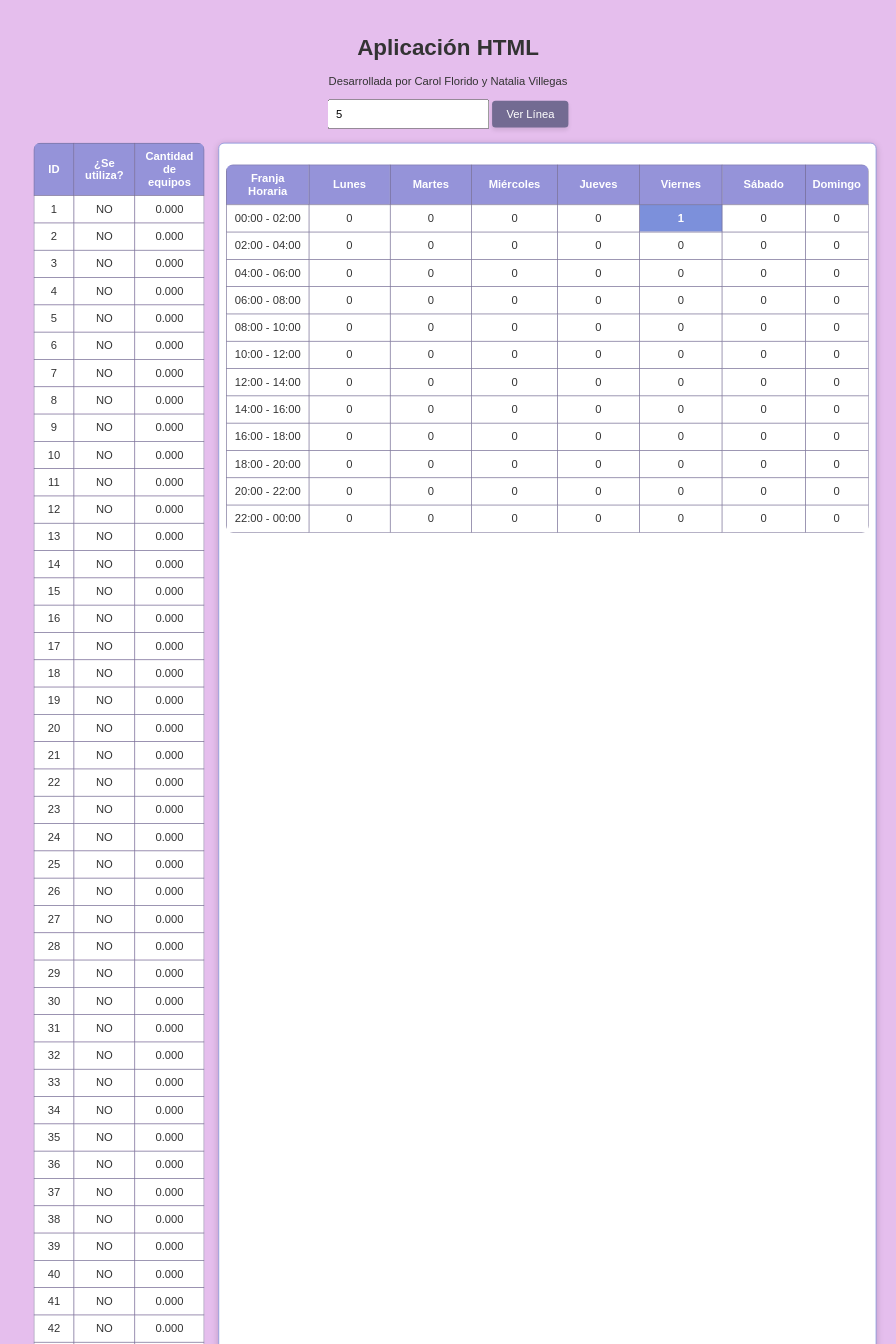
Repository: cflorido/Front_T3
Page: index.html
These files come from the project's save history. The page is drawn as it stood at one moment and after the next save; the edit follows.
The browser window is 1280 px wide. The pictures show the part of the page from y = 0 to 1920 px (the page is 6969 px tall), at 70% of full size.
Empty fields were first filled with sample values (such as "Sample", 5 or name@example.com).
After loading, the first visible `button` was clicked once.

Above is the page before, as saved 2024-10-22 22:33:30.

### index.html
<!DOCTYPE html>
<html lang="es">
<head>
    <meta charset="UTF-8">
    <meta name="viewport" content="width=device-width, initial-scale=1.0">
    <title>Aplicación Visualización de Datos</title>
    <style>
        body {
            font-family: Arial, sans-serif;
            background-color: #E5BEED;
            color: #333;
            text-align: center;
            padding: 20px;
        }
        .container {
            display: flex;
            justify-content: space-between;
        }
        button {
            padding: 10px 20px;
            font-size: 16px;
            cursor: pointer;
            background-color: #736B92;
            color: white;
            border: none;
            border-radius: 5px;
            transition: background-color 0.3s;
            box-shadow: 0 4px 6px rgba(0, 0, 0, 0.1);
        }
        button:hover {
            background-color: #7D5C65;
        }
        #tablaEquipos {
            width: 20%; /* 20% del ancho de la pantalla */
            border-collapse: collapse;
            text-align: left;
        }
        #tablaEquipos th, #tablaEquipos td {
            border: 1px solid #736B92;
            padding: 10px;
        }
        #tablaEquipos th {
            background-color: #9593D9;
            color: white;
        }
        #tablaEquipos td {
            background-color: #fff;
        }
        #contenido {
            width: 75%; /* 75% del ancho de la pantalla */
            margin-top: 20px;
            padding: 10px;
            border: 1px solid #7C90DB;
            background-color: #fff;
            border-radius: 8px;
            box-shadow: 0 2px 10px rgba(0, 0, 0, 0.2);
            display: none;
        }
        table {
            margin: 20px auto;
            border-collapse: collapse;
            width: 100%;
            border-radius: 10px;
            overflow: hidden;
        }
        th, td {
            border: 1px solid #736B92;
            padding: 10px;
            text-align: center;
            width: 14.28%;
        }
        th {
            background-color: #9593D9;
            color: white;
            font-weight: bold;
        }
        td {
            background-color: #ffffff;
            transition: background-color 0.3s;
        }
        td.utilizado {
            background-color: #7C90DB;
            color: #ffffff;
            font-weight: bold;
        }
        .footer {
            margin-top: 20px;
            font-size: 14px;
            color: #736B92;
        }
    </style>
</head>
<body>
    <h1>Aplicación HTML</h1>
    <p>Desarrollada por Carol Florido y Natalia Villegas</p>

    <input type="number" id="numeroLinea" placeholder="Número de línea" min="1" style="padding: 10px; font-size: 16px;">
    <button onclick="cargarLinea()">Ver Línea</button>

    <div class="container">
        <!-- Tabla de equipos en el lado izquierdo -->
        <table id="tablaEquipos">
            <thead>
                <tr>
                    <th>ID</th>
                    <th>¿Se utiliza?</th>
                    <th>Cantidad de equipos</th>
                </tr>
            </thead>
            <tbody></tbody>
        </table>

        <!-- Contenedor de la tabla de horarios -->
        <div id="contenido"></div>
    </div>

    <div class="footer">
        <p>&copy; 2024 Visualización de resultados tarea 3 Optimización Avanzada. Todos los derechos reservados.</p>
    </div>

    <script>
        let lineas = []; // Array para almacenar las líneas del archivo
        let equipos = []; // Array para almacenar la cantidad de equipos

        // Función para cargar el contenido de los archivos
        function cargarContenido() {
            fetch('data.txt')
                .then(response => {
                    if (!response.ok) {
                        throw new Error('Error al cargar el archivo: ' + response.statusText);
                    }
                    return response.text();
                })
                .then(data => {
                    lineas = data.split('\n');
                })
                .catch(error => {
                    console.error(error);
                    alert('No se pudo cargar el contenido.');
                });

            // Cargar el contenido del archivo de equipos
            fetch('equipos.txt')
                .then(response => {
                    if (!response.ok) {
                        throw new Error('Error al cargar el archivo de equipos: ' + response.statusText);
                    }
                    return response.text();
                })
                .then(data => {
                    equipos = data.split('\n').map(line => {
                        const [numero, cantidad] = line.split(',').map(Number);
                        return { numero, cantidad: parseFloat(cantidad).toFixed(3) }; // Redondear a 3 decimales
                    });
                    mostrarEquipos(); // Mostrar la tabla de equipos
                })
                .catch(error => {
                    console.error(error);
                    alert('No se pudo cargar el contenido de equipos.');
                });
        }

        // Función para mostrar la tabla de equipos
        function mostrarEquipos() {
            const tablaEquiposBody = document.querySelector('#tablaEquipos tbody');
            tablaEquiposBody.innerHTML = ''; // Limpiar el contenido previo

            equipos.forEach(equipo => {
                const fila = document.createElement('tr');
                const celdaId = document.createElement('td');
                const celdaUtiliza = document.createElement('td');
                const celdaCantidad = document.createElement('td');

                celdaId.textContent = equipo.numero;
                celdaUtiliza.textContent = equipo.cantidad > 0 ? 'SI' : 'NO';
                celdaCantidad.textContent = equipo.cantidad;

                fila.appendChild(celdaId);
                fila.appendChild(celdaUtiliza);
                fila.appendChild(celdaCantidad);

                tablaEquiposBody.appendChild(fila);
            });
        }

        // Función para mostrar la línea seleccionada
        function cargarLinea() {
            const numeroLinea = document.getElementById("numeroLinea").value;
            const contenidoDiv = document.getElementById("contenido");

            // Verificar si el número de línea es válido
            if (numeroLinea > 0 && numeroLinea <= lineas.length) {
                const horario = JSON.parse("[" + lineas[numeroLinea - 1] + "]"); // Parsear la línea como JSON con corchetes
                mostrarHorario(horario); // Mostrar el horario en forma de tabla
                contenidoDiv.style.display = 'block'; // Muestra el div
            } else {
                alert('Número de línea no válido. Intenta de nuevo.');
            }
        }

        // Función para mostrar el horario en una tabla
        function mostrarHorario(horario) {
            const contenidoDiv = document.getElementById("contenido");
            contenidoDiv.innerHTML = ''; // Limpiar el contenido previo

            // Crear la tabla
            const tabla = document.createElement('table');
            const thead = document.createElement('thead');
            const tbody = document.createElement('tbody');

            // Crear encabezado de la tabla
            const encabezado = document.createElement('tr');
            const dias = ['Franja Horaria', 'Lunes', 'Martes', 'Miércoles', 'Jueves', 'Viernes', 'Sábado', 'Domingo'];
            dias.forEach(dia => {
                const th = document.createElement('th');
                th.textContent = dia;
                encabezado.appendChild(th);
            });
            thead.appendChild(encabezado);
            tabla.appendChild(thead);

            // Crear filas de horarios
            for (let i = 0; i < 12; i++) {
                const fila = document.createElement('tr');

                const horaInicio = (i * 2) % 24;
                const horaFin = (horaInicio + 2) % 24;
                const franjaHoraria = `${horaInicio < 10 ? '0' : ''}${horaInicio}:00 - ${horaFin < 10 ? '0' : ''}${horaFin}:00`;

                const celdaFranja = document.createElement('td');
                celdaFranja.textContent = franjaHoraria;
                fila.appendChild(celdaFranja);

                for (let j = 0; j < 7; j++) {
                    const celda = document.createElement('td');
                    celda.textContent = horario[i * 7 + j];
                    if (horario[i * 7 + j] === 1) {
                        celda.classList.add('utilizado');
                    }
                    fila.appendChild(celda);
                }
                tbody.appendChild(fila);
            }

            tabla.appendChild(tbody);
            contenidoDiv.appendChild(tabla);
        }

        // Cargar el contenido del archivo al inicio
        cargarContenido();
    </script>
</body>
</html>

After the next save:
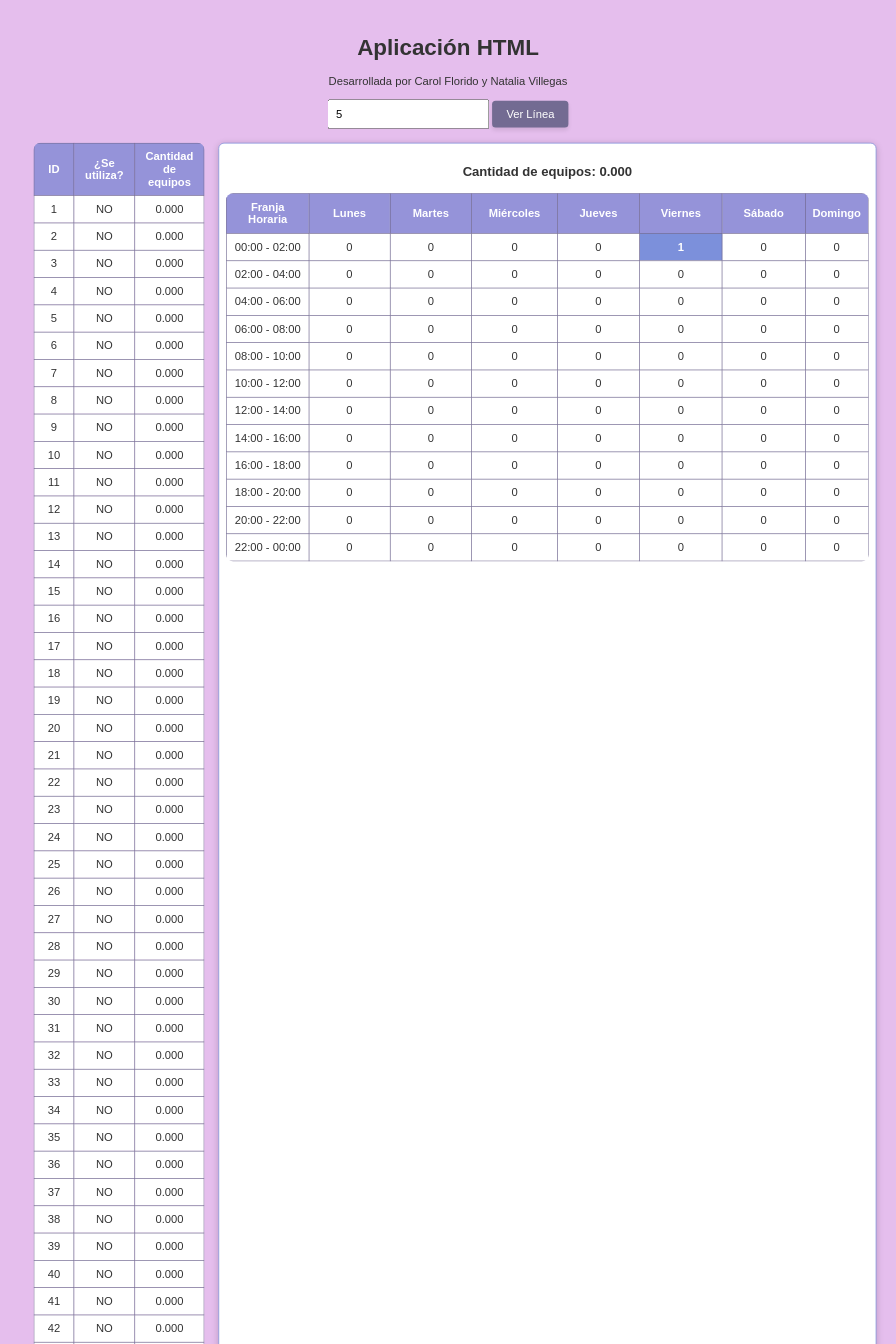
Saved 3 min 15 s later.
--- a/index.html
+++ b/index.html
@@ -191,6 +191,11 @@
             // Verificar si el número de línea es válido
             if (numeroLinea > 0 && numeroLinea <= lineas.length) {
                 const horario = JSON.parse("[" + lineas[numeroLinea - 1] + "]"); // Parsear la línea como JSON con corchetes
+                const equipoSeleccionado = equipos.find(e => e.numero === parseInt(numeroLinea));
+
+                // Mostrar la cantidad de equipos arriba del horario
+                contenidoDiv.innerHTML = `<h3>Cantidad de equipos: ${equipoSeleccionado ? equipoSeleccionado.cantidad : 'No disponible'}</h3>`;
+
                 mostrarHorario(horario); // Mostrar el horario en forma de tabla
                 contenidoDiv.style.display = 'block'; // Muestra el div
             } else {
@@ -201,7 +206,6 @@
         // Función para mostrar el horario en una tabla
         function mostrarHorario(horario) {
             const contenidoDiv = document.getElementById("contenido");
-            contenidoDiv.innerHTML = ''; // Limpiar el contenido previo
 
             // Crear la tabla
             const tabla = document.createElement('table');
@@ -235,7 +239,7 @@
                     const celda = document.createElement('td');
                     celda.textContent = horario[i * 7 + j];
                     if (horario[i * 7 + j] === 1) {
-                        celda.classList.add('utilizado');
+                        celda.classList.add('utilizado'); // Agregar clase si se usa
                     }
                     fila.appendChild(celda);
                 }
@@ -246,8 +250,8 @@
             contenidoDiv.appendChild(tabla);
         }
 
-        // Cargar el contenido del archivo al inicio
-        cargarContenido();
+        // Cargar el contenido de los archivos al iniciar la página
+        window.onload = cargarContenido;
     </script>
 </body>
 </html>
